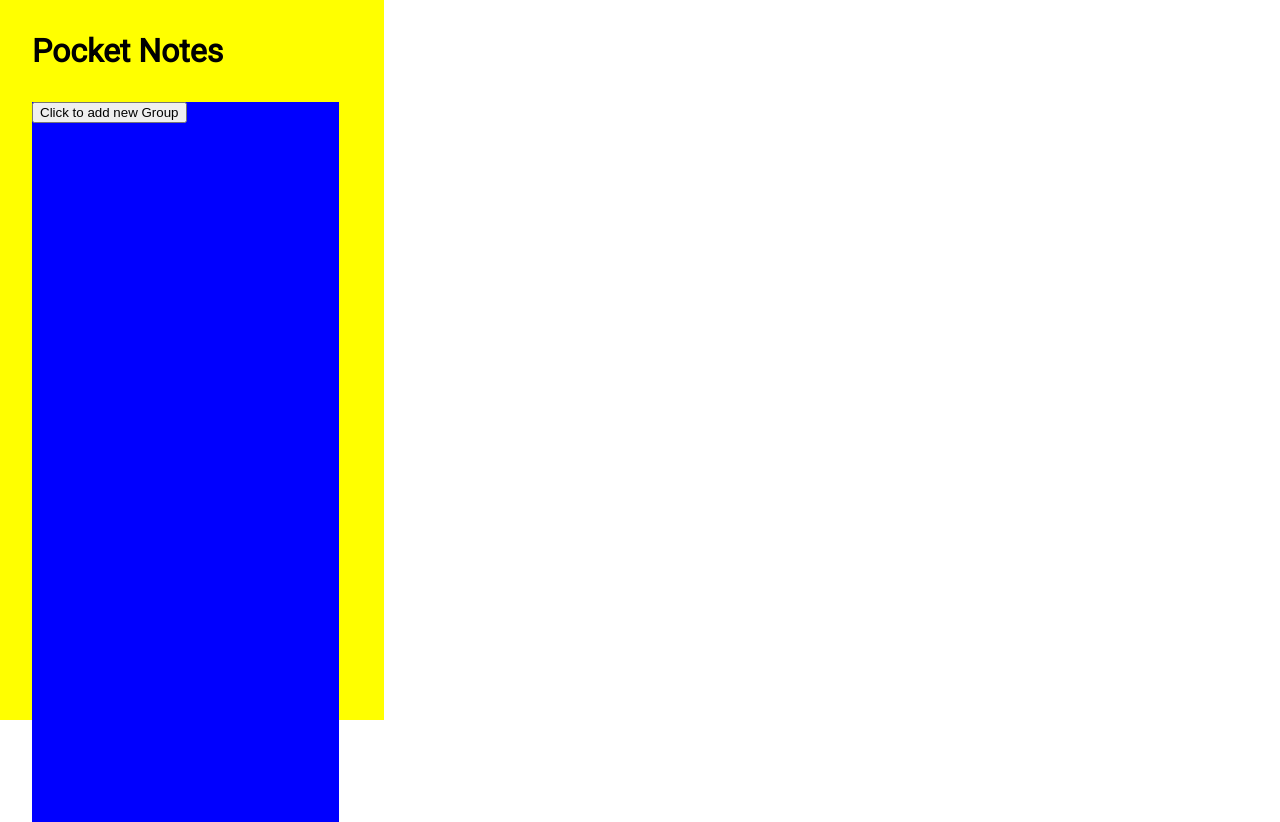
Repository: drumsmanku/react-module-test
Page: /
The author's editor kept a copy of each file at every save. The page is drawn from the files as they stood at one save, then again after the next save.
The browser window is 1280 px wide. The pictures show the whole page.
The project was rebuilt for these pictures with package versions that can differ from the ones it lists, and the page was loaded fresh each time. Also part of the build but not shown: src/Components/PopUp.css.

Above is the page before, as saved 2023-06-07 20:09:49.

After the next save:
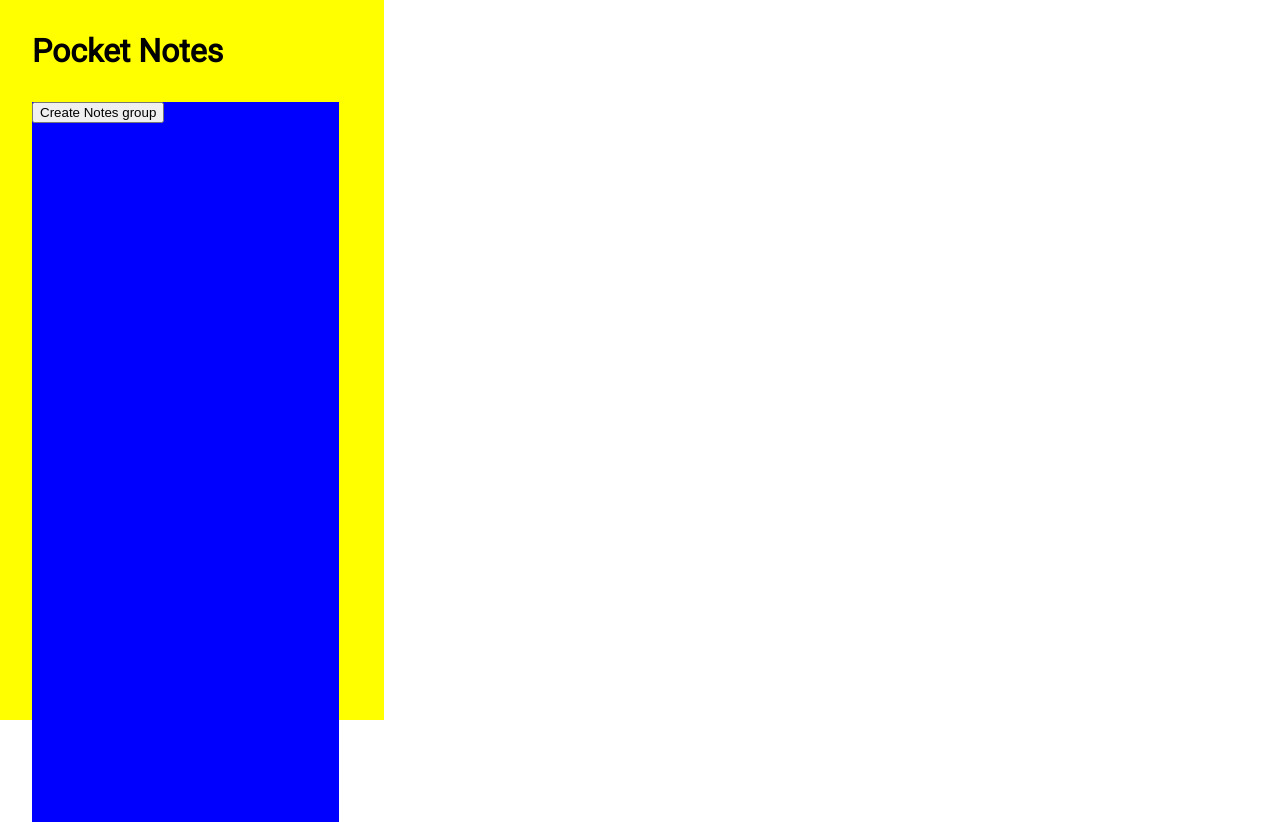
Saved 32 min 1 s later.
--- a/src/Components/PopUp.js
+++ b/src/Components/PopUp.js
@@ -22,7 +22,7 @@ function PopUp() {
 
   return (
     <div>
-      <Popup trigger={<button> Click to add new Group </button>} modal nested>
+      <Popup trigger={<button> Create Notes group </button>} modal nested>
         {(close) => (
           <div className="modal">
             <div className="content">Welcome to GFG!!!</div>
